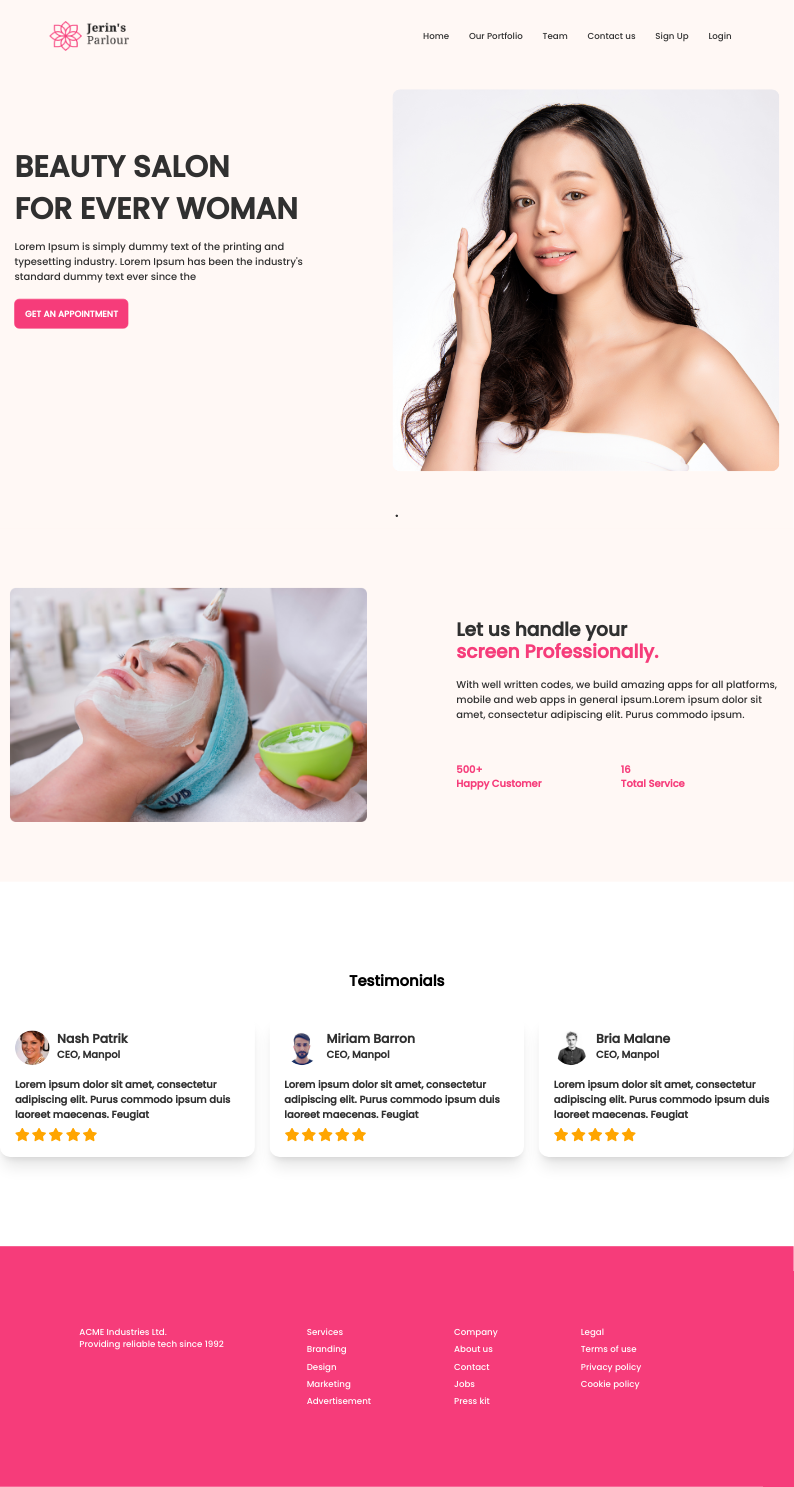
Repository: Wahid137/jerins-parlour-client
Page: /
The author's editor kept a copy of each file at every save. The page is drawn from the files as they stood at one save, then again after the next save.
The browser window is 1280 px wide. The pictures show the whole page, at 62% of full size.
The page's requests for data from a server got no answer. The project was rebuilt for these pictures with package versions that can differ from the ones it lists, and the page was loaded fresh each time. No one was signed in, and anything a server would have sent is missing. Also part of the build but not shown: src/App.css, src/Pages/Home/Services/ServicesCard.js.

Above is the page before, as saved 2023-07-16 05:04:36.

After the next save:
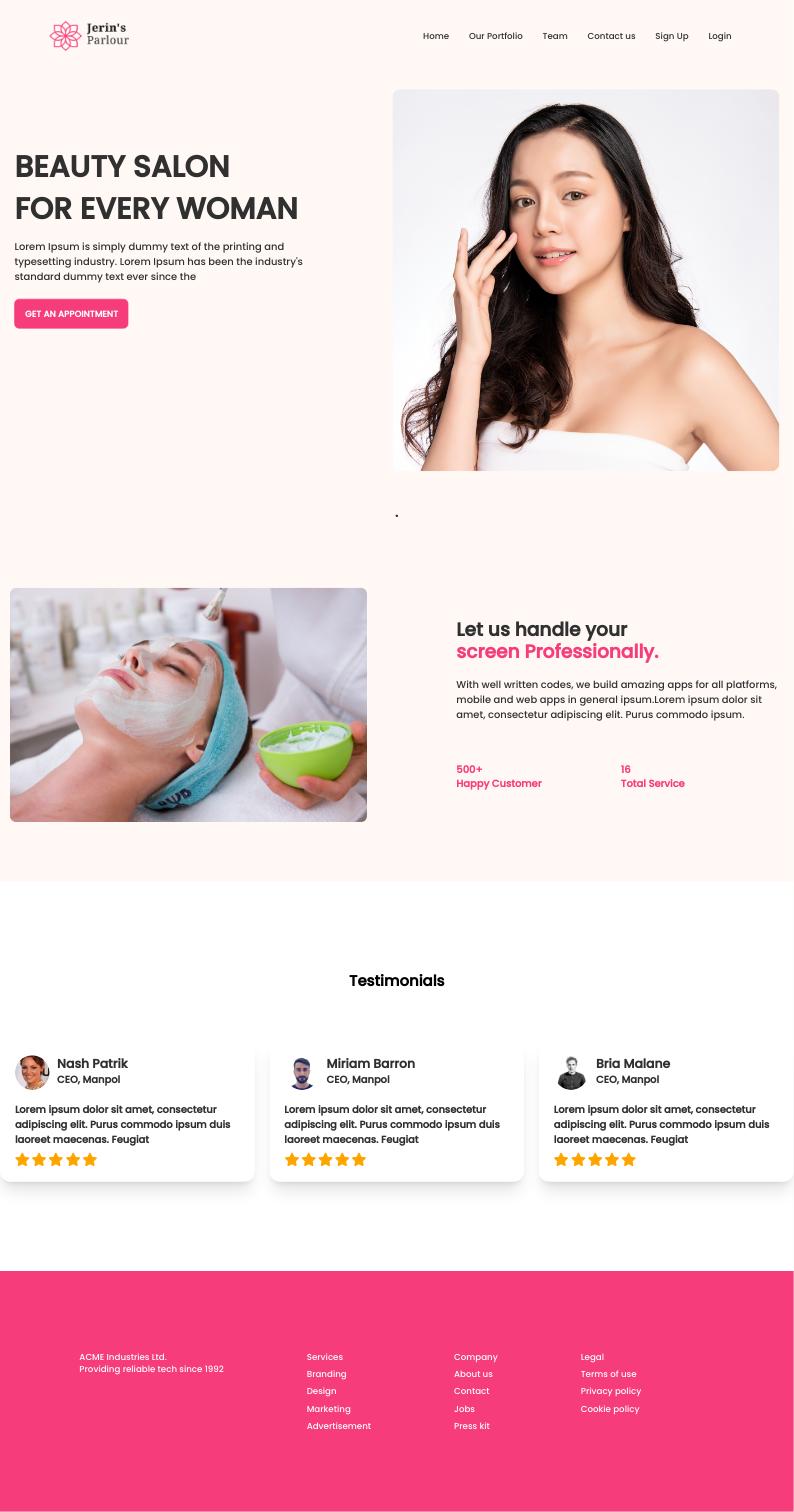
Saved 34 s later.
--- a/src/Pages/Home/Testimonial/Testimonial.js
+++ b/src/Pages/Home/Testimonial/Testimonial.js
@@ -34,7 +34,7 @@ const Testimonial = () => {
     return (
         <div className='py-36 bg-base-100'>
             <div className='mx-auto text-center w-1/2'>
-                <p className='text-2xl font-bold text-black mb-10'>Testimonials</p>
+                <p className='text-2xl font-bold text-black mb-20'>Testimonials</p>
             </div>
             <div className='grid gap-6 grid-cols-1 md:grid-cols-2 lg:grid-cols-3'>
                 {
